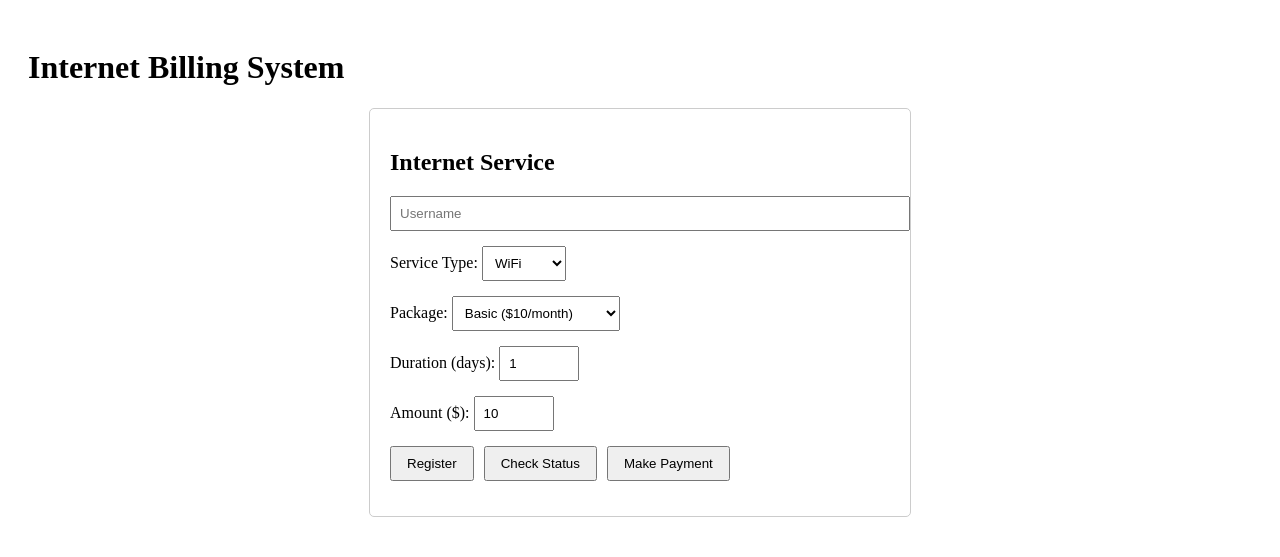
Repository: rachel648/system_Bill
Page: / (app in client/)
These files come from the project's save history. The page is drawn as it stood at one moment and after the next save; the edit follows.
The browser window is 1280 px wide. The pictures show the whole page.
The project was rebuilt for these pictures with package versions that can differ from the ones it lists, and the page was loaded fresh each time.

Above is the page before, as saved 2025-05-11 00:15:33.

### client/public/index.html
<!DOCTYPE html>
<html lang="en">
  <head>
    <meta charset="UTF-8" />
    <meta name="viewport" content="width=device-width, initial-scale=1.0"/>
    <title>Internet Billing System</title>
  </head>
  <body>
    <div id="root"></div>
  </body>
</html>

### client/src/App.js
import React from 'react';
import ServiceForm from './components/ServiceForm';

const App = () => {
  return (
    <div style={{ padding: '20px' }}>
      <h1>Internet Billing System</h1>
      <ServiceForm />
    </div>
  );
};

export default App;

### client/src/components/ServiceForm.js
import React, { useState } from 'react';
import axios from 'axios';

const ServiceForm = () => {
  const [username, setUsername] = useState('');
  const [serviceType, setServiceType] = useState('wifi');
  const [packageType, setPackageType] = useState('basic');
  const [duration, setDuration] = useState(1);
  const [amount, setAmount] = useState(10);
  const [status, setStatus] = useState('');

  const handleRegister = async () => {
    try {
      const res = await axios.post('http://localhost:5000/api/users/register', {
        username,
        serviceType,
        package: packageType,
        duration
      });
      setStatus(`Registration successful! ${res.data.message}`);
    } catch (err) {
      setStatus(err.response?.data?.message || 'Registration failed');
    }
  };

  const handleCheck = async () => {
    try {
      const res = await axios.get(`http://localhost:5000/api/users/status/${username}`);
      setStatus(`Status: ${res.data.active ? 'Active' : 'Inactive'}, Ends: ${new Date(res.data.endTime).toLocaleString()}`);
    } catch (err) {
      setStatus(err.response?.data?.message || 'User not found');
    }
  };

  const handlePay = async () => {
    try {
      const res = await axios.post('http://localhost:5000/api/users/pay', {
        username,
        amount,
        duration
      });
      setStatus(`Payment successful! ${res.data.message}`);
    } catch (err) {
      setStatus(err.response?.data?.message || 'Payment failed');
    }
  };

  return (
    <div style={{ maxWidth: '500px', margin: '0 auto', padding: '20px', border: '1px solid #ccc', borderRadius: '5px' }}>
      <h2>Internet Service</h2>
      <div style={{ marginBottom: '15px' }}>
        <input
          placeholder="Username"
          value={username}
          onChange={e => setUsername(e.target.value)}
          style={{ width: '100%', padding: '8px' }}
        />
      </div>

      <div style={{ marginBottom: '15px' }}>
        <label>Service Type: </label>
        <select
          value={serviceType}
          onChange={e => setServiceType(e.target.value)}
          style={{ padding: '8px' }}
        >
          <option value="wifi">WiFi</option>
          <option value="hotspot">Hotspot</option>
        </select>
      </div>

      <div style={{ marginBottom: '15px' }}>
        <label>Package: </label>
        <select
          value={packageType}
          onChange={e => setPackageType(e.target.value)}
          style={{ padding: '8px' }}
        >
          <option value="basic">Basic ($10/month)</option>
          <option value="standard">Standard ($20/month)</option>
          <option value="premium">Premium ($30/month)</option>
        </select>
      </div>

      <div style={{ marginBottom: '15px' }}>
        <label>Duration (days): </label>
        <input
          type="number"
          min="1"
          value={duration}
          onChange={e => setDuration(e.target.value)}
          style={{ padding: '8px', width: '60px' }}
        />
      </div>

      <div style={{ marginBottom: '15px' }}>
        <label>Amount ($): </label>
        <input
          type="number"
          min="1"
          value={amount}
          onChange={e => setAmount(e.target.value)}
          style={{ padding: '8px', width: '60px' }}
        />
      </div>

      <div style={{ marginBottom: '15px', display: 'flex', gap: '10px' }}>
        <button onClick={handleRegister} style={{ padding: '8px 15px' }}>Register</button>
        <button onClick={handleCheck} style={{ padding: '8px 15px' }}>Check Status</button>
        <button onClick={handlePay} style={{ padding: '8px 15px' }}>Make Payment</button>
      </div>

      {status && (
        <div style={{
          padding: '10px',
          backgroundColor: status.includes('failed') ? '#ffebee' : '#e8f5e9',
          borderRadius: '4px'
        }}>
          {status}
        </div>
      )}
    </div>
  );
};

export default ServiceForm;

Loaded but not shown: client/src/index.js (common file)

After the next save:
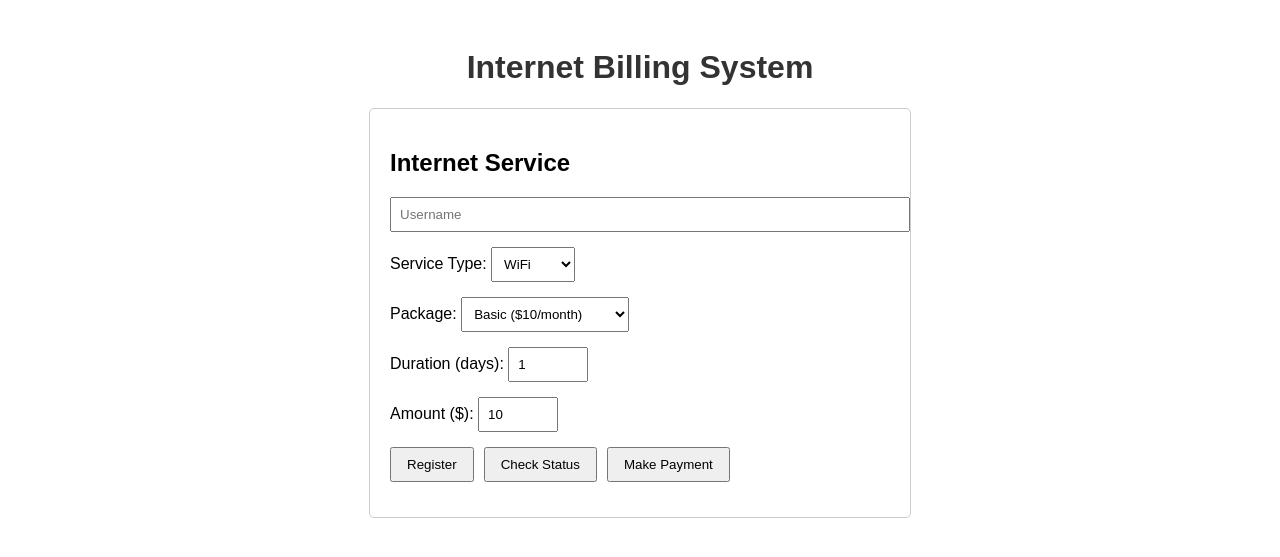
Saved 17 s later.
--- a/client/src/App.js
+++ b/client/src/App.js
@@ -3,8 +3,13 @@
 
 const App = () => {
   return (
-    <div style={{ padding: '20px' }}>
-      <h1>Internet Billing System</h1>
+    <div style={{
+      padding: '20px',
+      fontFamily: 'Arial, sans-serif',
+      maxWidth: '1200px',
+      margin: '0 auto'
+    }}>
+      <h1 style={{ textAlign: 'center', color: '#333' }}>Internet Billing System</h1>
       <ServiceForm />
     </div>
   );

After the save that followed:
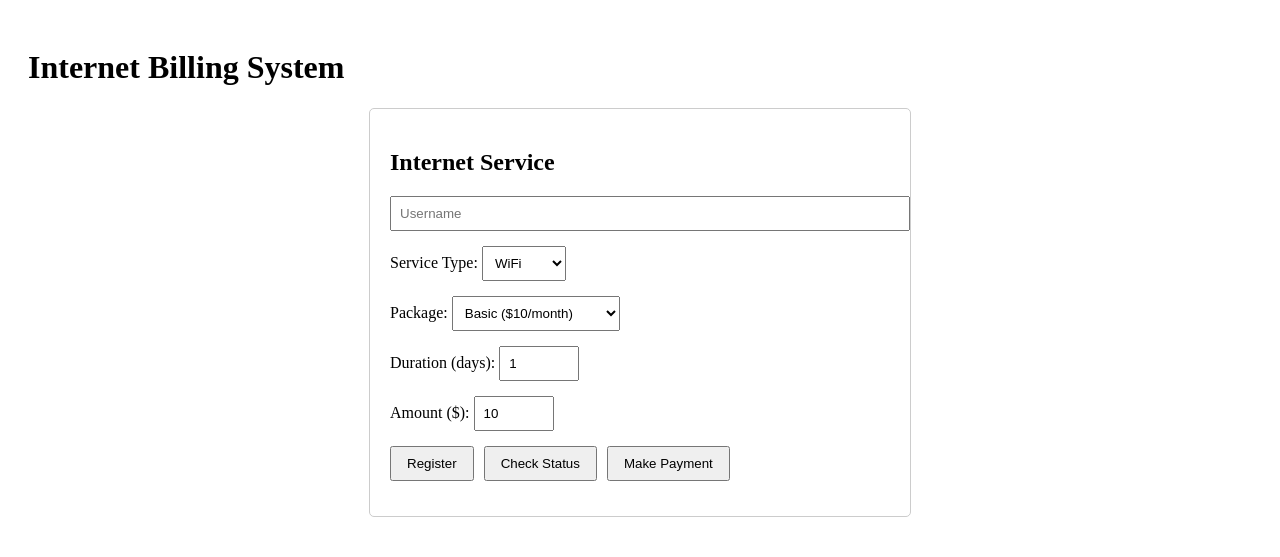
Saved 14 s later.
--- a/client/src/App.js
+++ b/client/src/App.js
@@ -3,13 +3,8 @@
 
 const App = () => {
   return (
-    <div style={{
-      padding: '20px',
-      fontFamily: 'Arial, sans-serif',
-      maxWidth: '1200px',
-      margin: '0 auto'
-    }}>
-      <h1 style={{ textAlign: 'center', color: '#333' }}>Internet Billing System</h1>
+    <div style={{ padding: '20px' }}>
+      <h1>Internet Billing System</h1>
       <ServiceForm />
     </div>
   );
